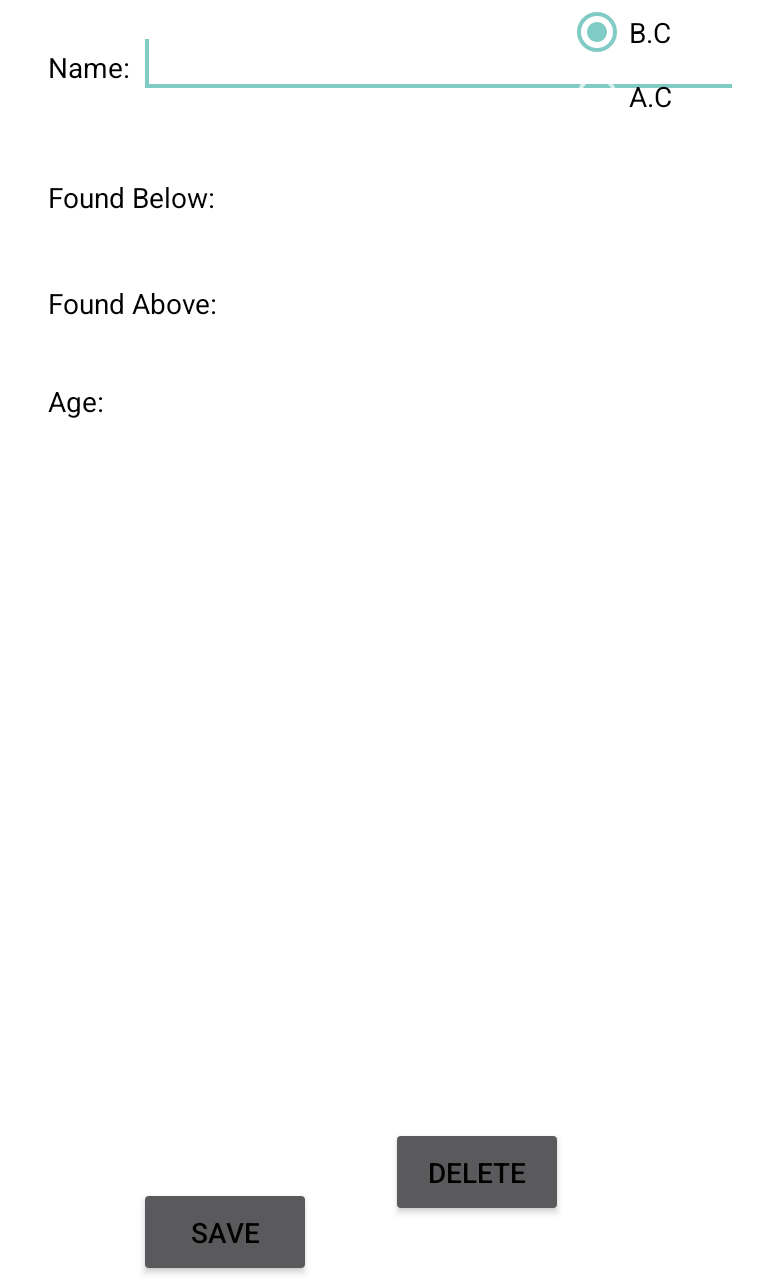
Repository: qfornaguera/AppQuelogy
Layout: AppQueology/res/layout/activity_artifact.xml
These files come from the project's save history. The layout is drawn as it stood at one moment and after the next save; the edit follows.
It is drawn on a 768 x 1280 px phone screen (xhdpi) without system bars, with theme Theme.AppCompat; the app's code is not run.

Above is the layout before, as saved 2014-04-27 18:39:54.

After the next save:
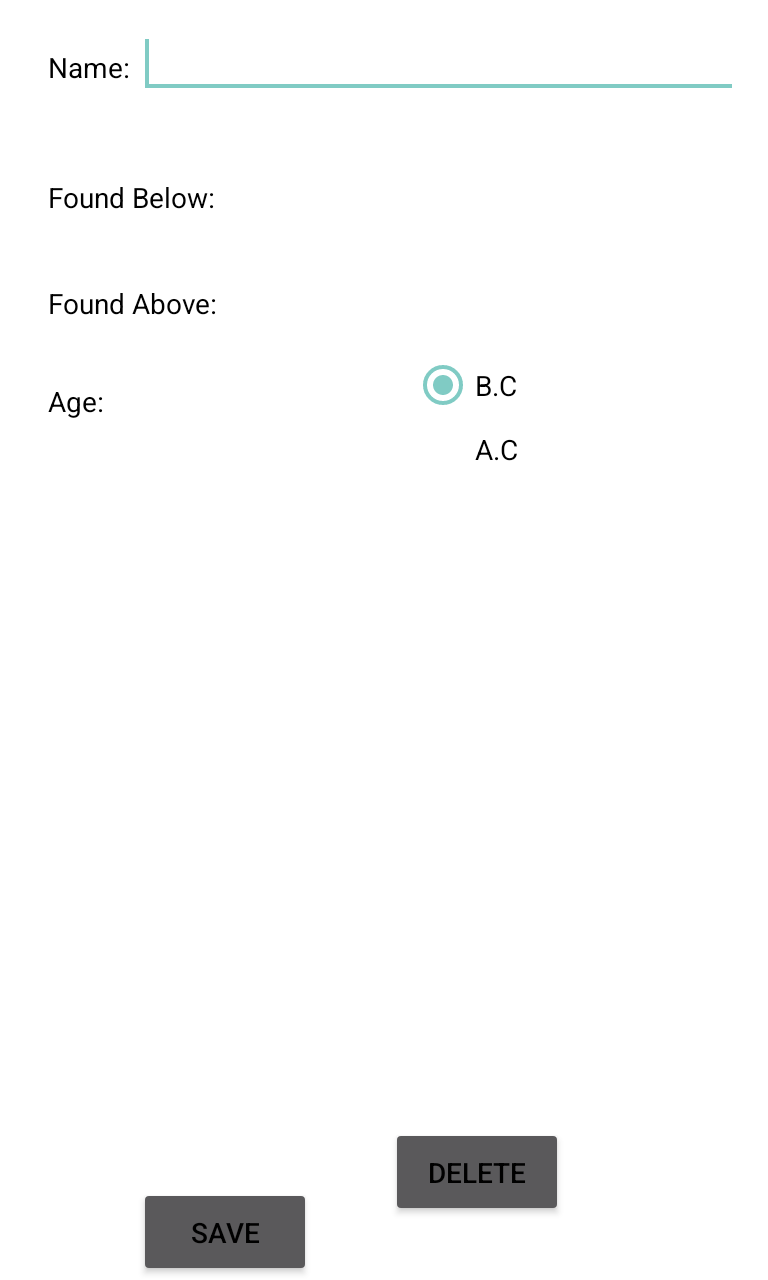
Saved 25 s later.
--- a/AppQueology/res/layout/activity_artifact.xml
+++ b/AppQueology/res/layout/activity_artifact.xml
@@ -123,7 +123,8 @@
         android:id="@+id/radioGroup1"
         android:layout_width="wrap_content"
         android:layout_height="wrap_content"
-        android:layout_toRightOf="@+id/delete"
+        android:layout_alignTop="@+id/editText2"
+        android:layout_toRightOf="@+id/editText2"
         android:width="50dp" >
 
         <RadioButton
